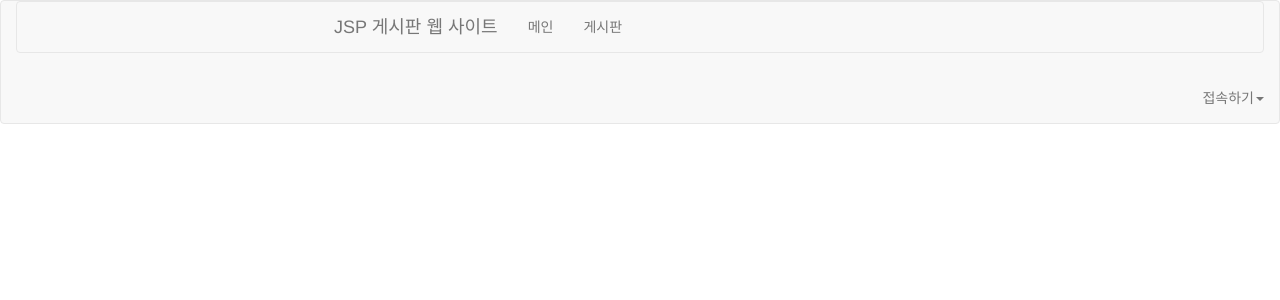
Repository: MinKyeong031/NoticeBoard-JSP-
Page: http://localhost/text/main.jsp
The author's editor kept a copy of each file at every save. The page is drawn from the files as they stood at one save, then again after the next save.
The browser window is 1280 px wide. The pictures show the whole page.
Some web libraries are served in a nearby version. The page is served by Tomcat 9.

Above is the page before, as saved 2020-10-05 02:32:37.

After the next save:
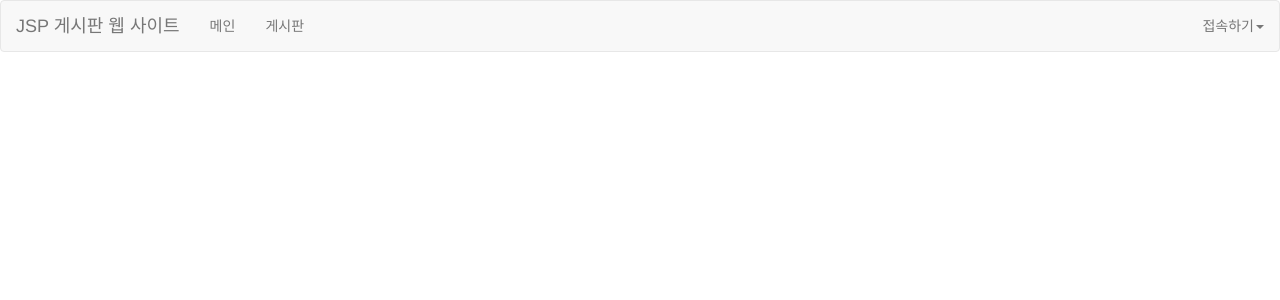
Saved 9 s later.
--- a/WS/text/WebContent/main.jsp
+++ b/WS/text/WebContent/main.jsp
@@ -31,24 +31,6 @@
 				<li><a href="main.jsp">메인</a></li>
 				<li><a href="bbs.jsp">게시판</a></li>
 			</ul>
-	<nav class="navbar navbar-default">
-		<div class="navbar-header">
-			<button type="button" class="navbar-toggle collapsed"
-				data-toggle="collapse" data-target="#bs-exanple-navbar-collapse-1"
-				aria-expanded="false">
-				<span class="icon-bar"></span> <span class="icon-bar"></span> <span
-					class="icon-bar"></span>
-			</button>
-			<a href="main.jsp" class="navbar-brand">JSP 게시판 웹 사이트</a>
-		</div>
-		<div class="collapse navbar-collapse"
-			id="bs-exanple-navbar-collapse-1">
-			<ul class="nav navbar-nav">
-				<li><a href="main.jsp">메인</a></li>
-				<li><a href="bbs.jsp">게시판</a></li>
-			</ul>
-		</div>
-	</nav>
 <%
 if(userID == null){
 %>
